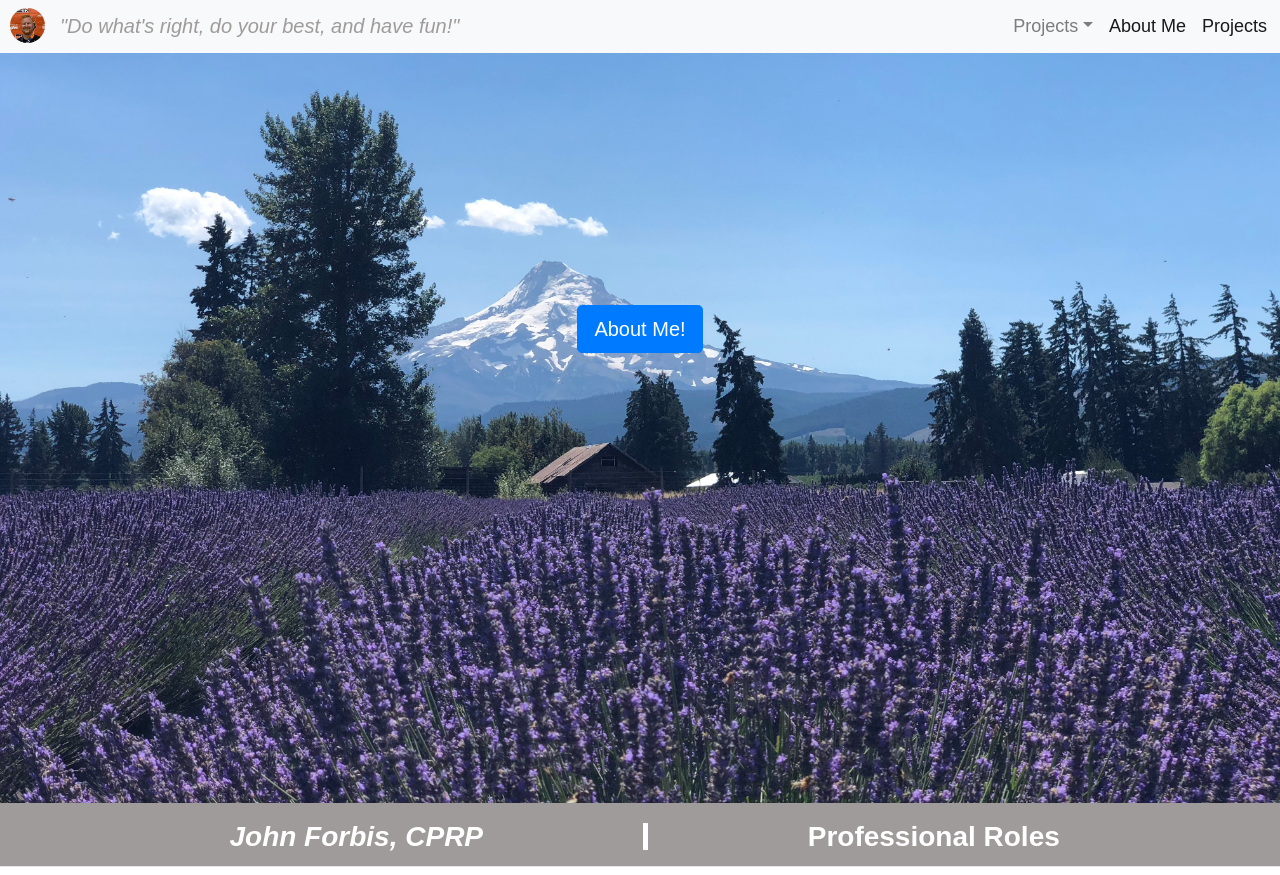
Repository: jforbis/john-forbis-data-analyst
Page: index.html
An editor plug-in stored every save of this project. The page is shown before and after the next save, followed by the edit.
The browser window is 1280 px wide. The pictures show the part of the page from y = 0 to 875 px (the page is 1760 px tall).
A picture or video elsewhere on the page could not be fetched, so the positions and the page height are approximate. Backgrounds fixed to the window are drawn as part of the page.

Above is the page before, as saved 2021-03-31 23:41:41.

After the next save:
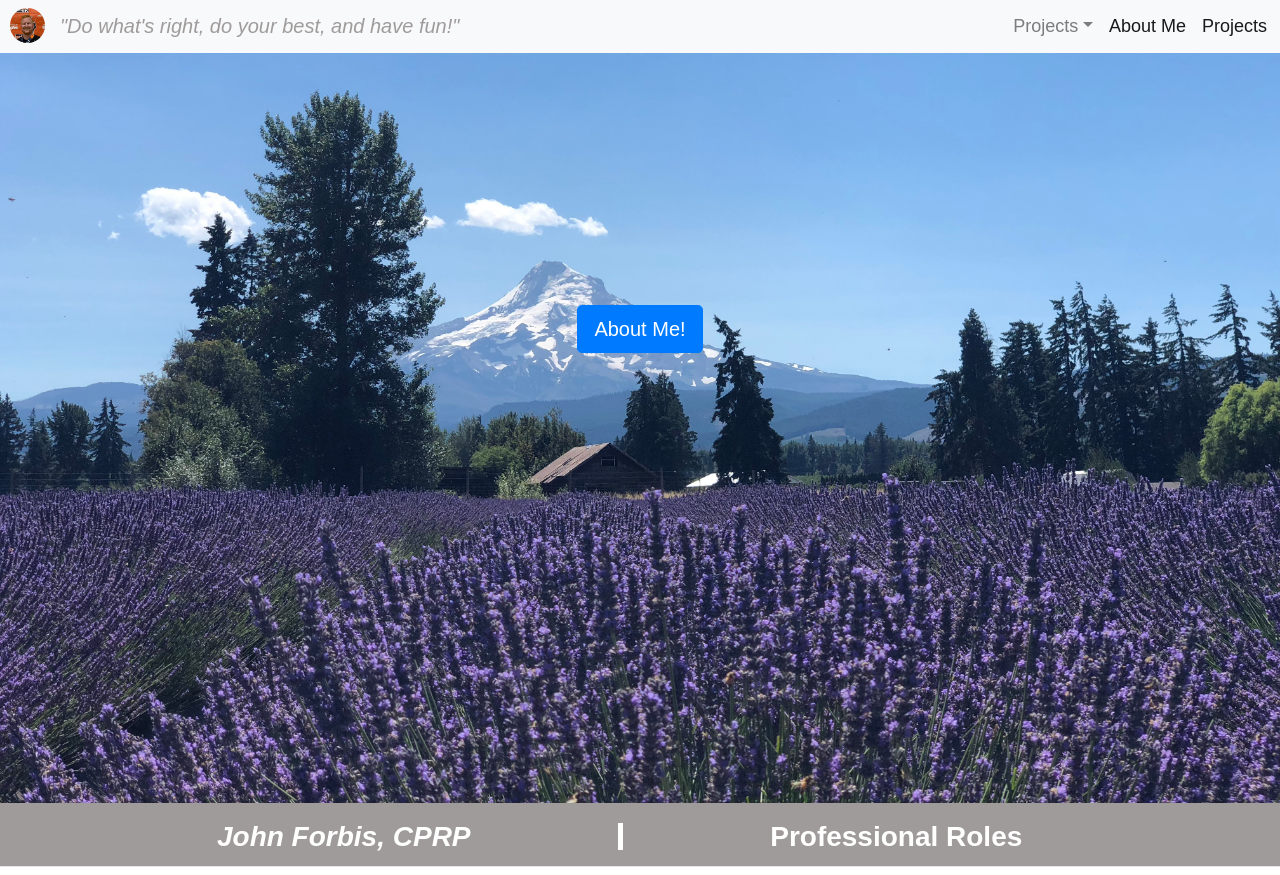
Saved 17 s later.
--- a/static/css/style.css
+++ b/static/css/style.css
@@ -14,7 +14,7 @@
 }
 
 .row {
-    width: 1150px;
+    width: 1100px;
 }
 
 .vert1 {
